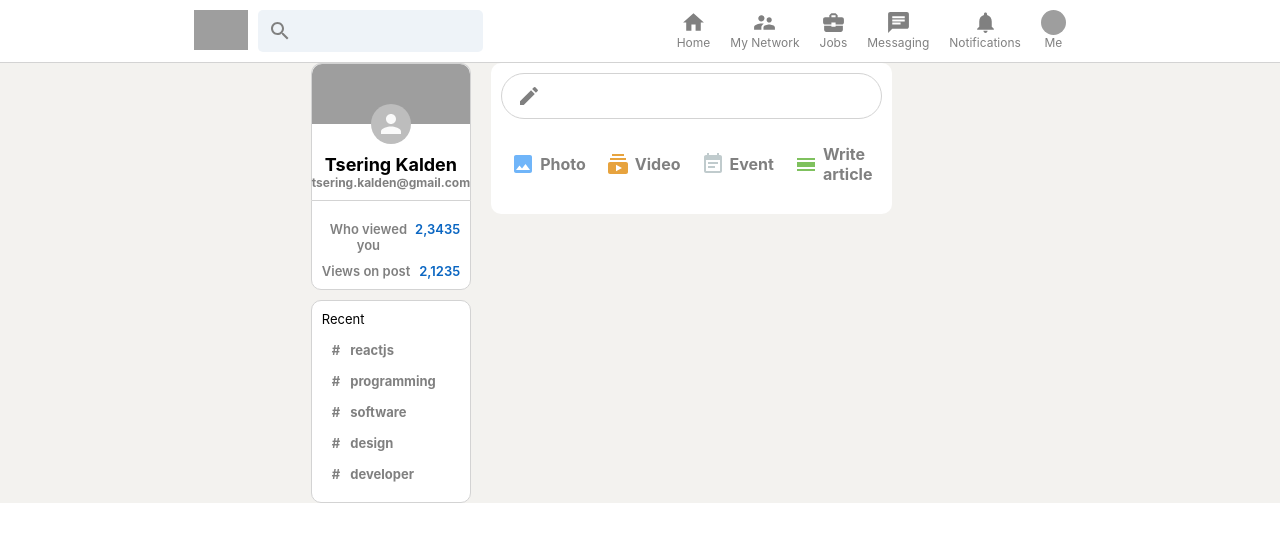
Repository: exiled-kal/linkedInreact-redux
Page: /
The author's editor kept a copy of each file at every save. The page is drawn from the files as they stood at one save, then again after a run of saves.
The browser window is 1280 px wide. The pictures show the whole page.
Pictures or frames that could not be fetched are drawn as grey boxes. The project was rebuilt for these pictures with package versions that can differ from the ones it lists, and the page was loaded fresh each time. Also part of the build but not shown: src/Post.css.

Above is the page before, as saved 2020-12-23 21:09:21.

After the next 4 saves:
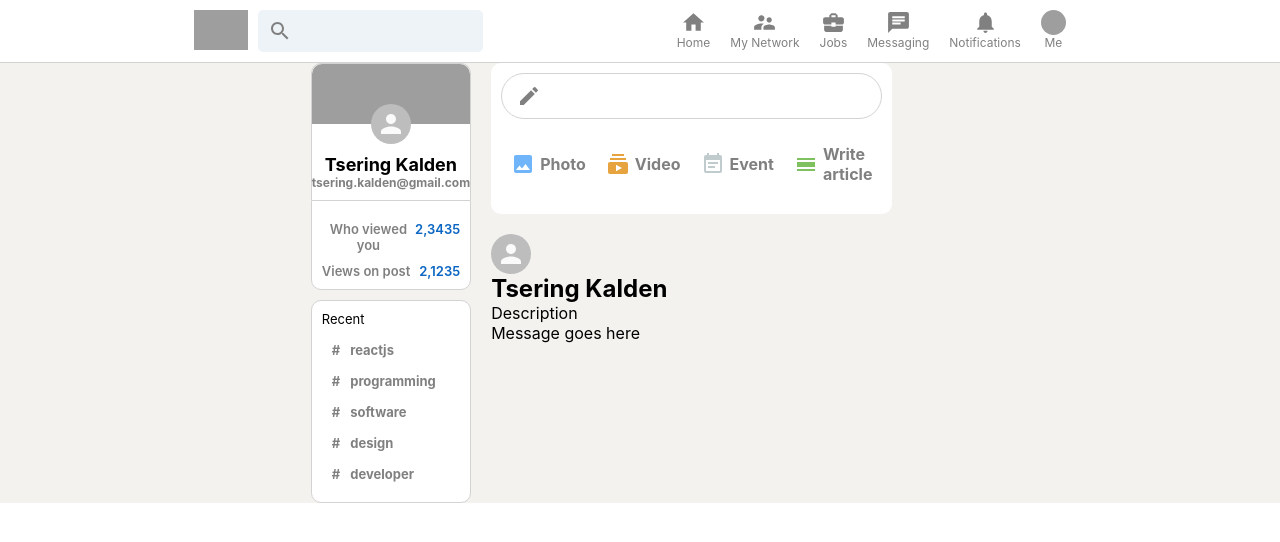
The 4 saves are shown as one change because 2 did not build or start and some came seconds apart.
The last was saved 33 s later.
--- a/src/Feed.js
+++ b/src/Feed.js
@@ -8,6 +8,7 @@ import CalendarViewDayIcon from '@material-ui/icons/CalendarViewDay';
 import EventNoteIcon from '@material-ui/icons/EventNote';
 
 import InputOption from './InputOption';
+import Post from './Post';
 
 function Feed() {
   return (
@@ -31,6 +32,7 @@ function Feed() {
           />
         </div>
       </div>
+      <Post />
     </div>
   );
 }
